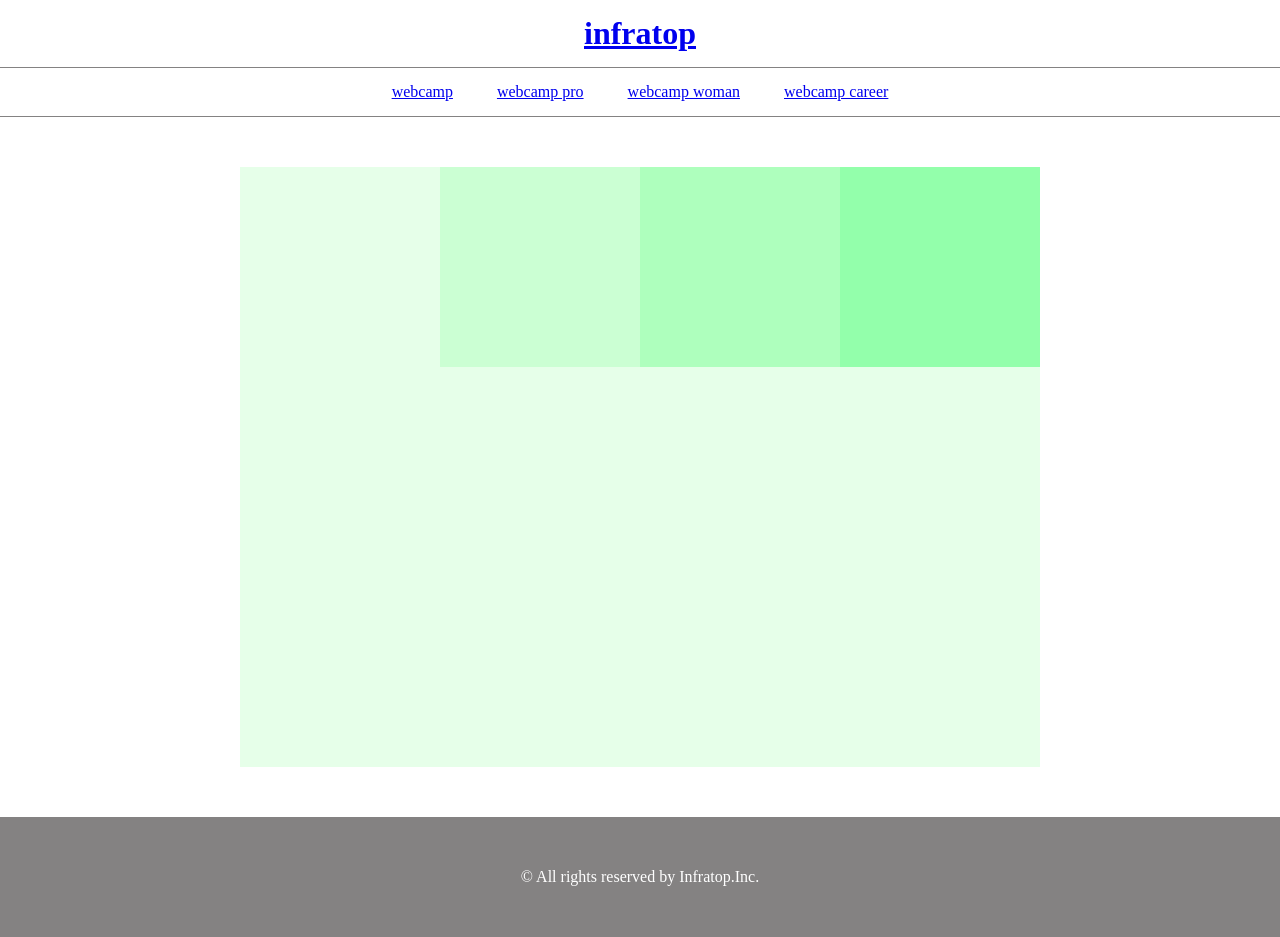
Repository: Nao002/practice
Page: html-practice5/index.html
The author's editor kept a record of every edit. The page is drawn from the files as they stood at one moment, then again after the next edit.
The browser window is 1280 px wide. The pictures show the whole page.

Above is the page before.

### html-practice5/index.html
<!DOCTYPE html>
<html lang="ja">
  <head>
    <meta charset="UTF-8" />
    <!-- CSSファイルの読み込み -->
    <link rel="stylesheet" href="style.css" />
    <title>infratop</title>
  </head>

  <body>
    <!-- header -->
    <header>
      <h1 class="heading">
        <a href="index.html">
          infratop
        </a>
      </h1>
    </header>

     <!-- navigation -->
    <nav>
      <ul class="nav-list">
        <li class="nav-list-item">
          <a href="index.html">webcamp</a>
        </li>
        <li class="nav-list-item">
          <a href="index.html">webcamp pro</a>
        </li>
        <li class="nav-list-item">
          <a href="index.html">webcamp woman</a>
        </li>
        </li>
        <li class="nav-list-item">
          <a href="index.html">webcamp career</a>
        </li>
      </ul>
    </nav>

    <!-- main-visual用のdiv -->
    <div class="main-visual">
      <div class="main-visual-content">
        <div class="main-visual-color color1"></div>
        <div class="main-visual-color color2"></div>
        <div class="main-visual-color color3"></div>
        <div class="main-visual-color color4"></div>
        <div class="main-visual-color color5"></div>
        <div class="main-visual-color color6"></div>
        <div class="main-visual-color color7"></div>
        <div class="main-visual-color color8"></div>
        <div class="main-visual-color color9"></div>
        <div class="main-visual-color color10"></div>
        <div class="main-visual-color color12"></div>
        <div class="main-visual-color color12"></div>
      </div>
    </div>

    <!-- footer -->
    <footer>
      <p class="footer-text">© All rights reserved by Infratop.Inc.</p>
    </footer>

  </body>
</html>

### html-practice5/style.css
/* ブラウザがそれぞれ持っているCSSをリセットするための記述 */
* {
  margin: 0;
  padding: 0;
  box-sizing: border-box;
}

header {
  width: 90%;
  padding: 15px 0;
  margin: 0 auto;
  text-align: center;
}

header .heading { /* headerタグ内のheadingクラスにのみ反映される */
  font-size: 32px;
}

.nav-list {
  text-align: center;
  padding: 15px 0;
  margin: 0 auto;
  border-top: 1px solid #848282;
  border-bottom: 1px solid #848282;
}

.nav-list-item {
  list-style: none;
  display: inline-block;
  margin: 0 20px;
}

.main-visual {
  width: 100%; /* 横幅いっぱい */
  height: 650px; /* 高さ300px */
}

.main-visual-content {
  width: 800px; /* 横幅350px */
  height: 300px; /* 親の高さに揃える */
  flex-wrap: wrap;
  margin: 50px auto;
  font-size: 0;
}

.main-visual-color{
  display: inline-block;
  width: 200px;
  height: 200px;
  background-color: #FF0000;
  font-size: 0;
}

.color1{
  background-color: #e6ffe9;
}

.color2{
  background-color: #cbffd3;
}

.color3{
  background-color: #aeffbd;
}

.color4{
  background-color: #93ffab;
}

.color5{
  background-color: #e6ffe9
}

.color6{
  background-color: #e6ffe9
}
.color7{
  background-color: #e6ffe9
}

.color8{
  background-color: #e6ffe9
}

.color9{
  background-color: #e6ffe9
}

.color10{
  background-color: #e6ffe9
}

.color11{
  background-color: #e6ffe9
}

.color12{
  background-color: #e6ffe9
}


footer {
  width: 100%;
  height: 120px;
  text-align: center;
  line-height: 120px;
  background-color: #848282;
}

.footer-text {
  color: #fff;
}

After the next edit:
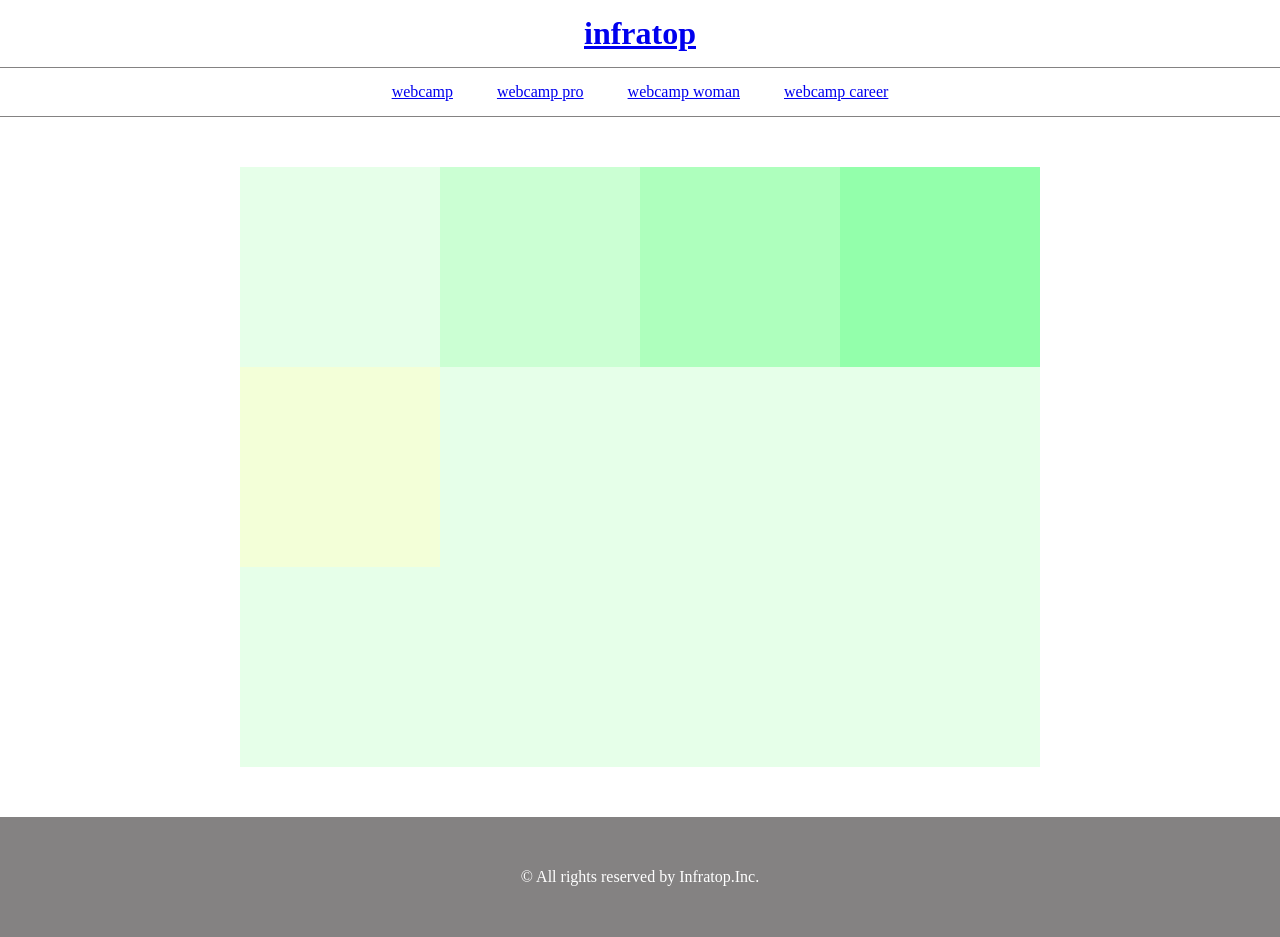
The edit:
--- a/html-practice5/style.css
+++ b/html-practice5/style.css
@@ -68,7 +68,7 @@
 }
 
 .color5{
-  background-color: #e6ffe9
+  background-color: #f3ffd8;
 }
 
 .color6{
